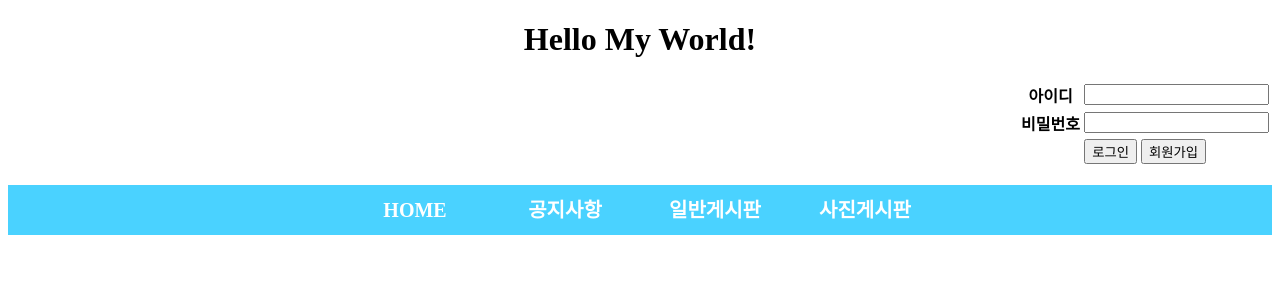
Repository: hailey-516/servlet
Page: http://localhost/jsProject/
The author's editor kept a copy of each file at every save. The page is drawn from the files as they stood at one save, then again after the next save.
The browser window is 1280 px wide. The pictures show the whole page.
The page is served by Tomcat 9.

Above is the page before, as saved 2024-08-28 06:45:12.
Console error: SyntaxError: Function statements require a function name

After the next save:
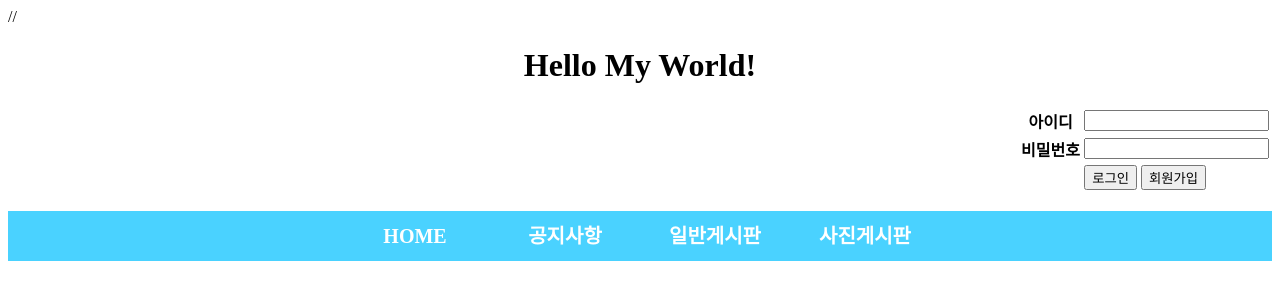
Saved 17 h 18 min later.
--- a/jsProject/src/main/webapp/index.jsp
+++ b/jsProject/src/main/webapp/index.jsp
@@ -22,6 +22,7 @@
 
 	 <% com.kh.common.JDBCTemplate.getConnection(); %>
 
-	 <%@ include file="views/common/menubar.jsp" %>
+	 // <%@ include file="views/common/menubar.jsp" %>
+
 </body>
 </html>
